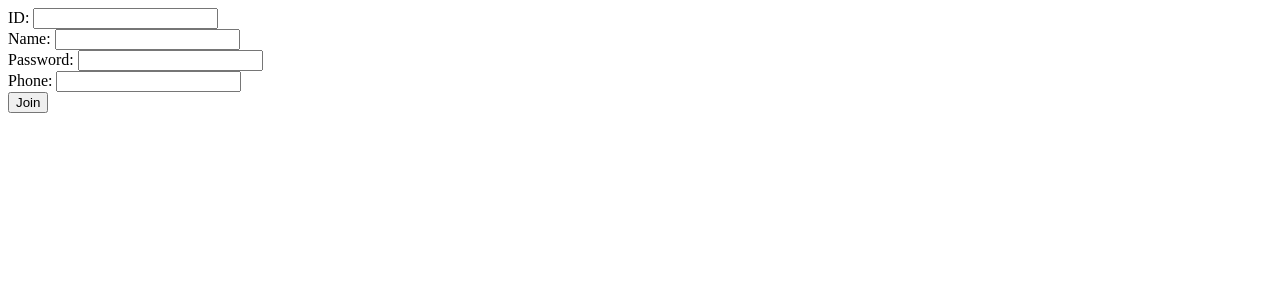
Repository: i-kemen/jsp
Page: WebTest/src/main/webapp/join.html
An editor plug-in stored every save of this project. The page is shown before and after the next save, followed by the edit.
The browser window is 1280 px wide. The pictures show the whole page.

Above is the page before, as saved 2023-06-26 05:14:33.

After the next save:
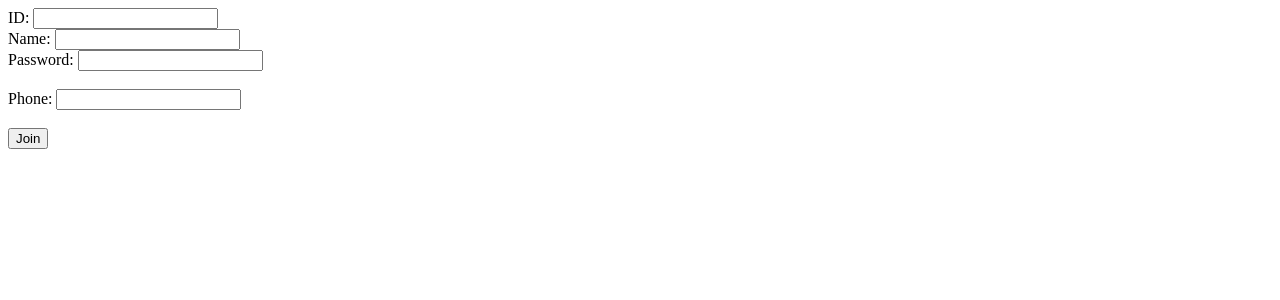
Saved 55 s later.
--- a/WebTest/src/main/webapp/join.html
+++ b/WebTest/src/main/webapp/join.html
@@ -11,13 +11,19 @@ function validateForm() {
   var phonePattern = /^010-\d{4}-\d{4}$/;
 
   if (!passwordPattern.test(password)) {
-    alert("비밀번호는 영문과 숫자를 혼합하여 최소 4글자 이상으로 입력해주세요.");
+    document.getElementById("passwordMessage").innerHTML = "비밀번호는 영문과 숫자를 혼합하여 최소 4글자 이상으로 입력해주세요.";
     return false;
+  }
+  else {
+    document.getElementById("passwordMessage").innerHTML = "";
   }
 
   if (!phonePattern.test(phone)) {
-    alert("전화번호를 010-0000-0000 형식으로 입력해주세요.");
+    document.getElementById("phoneMessage").innerHTML = "전화번호를 010-0000-0000 형식으로 입력해주세요.";
     return false;
+  }
+  else {
+    document.getElementById("phoneMessage").innerHTML = "";
   }
 
   return true;
@@ -32,8 +38,10 @@ function validateForm() {
         <input type="text" id="name" name="name" required><br/>
         <label for="password">Password:</label>
         <input type="password" id="password" name="password" required><br/>
+        <span id="passwordMessage" style="color: red;"></span><br/>
         <label for="phone">Phone:</label>
         <input type="text" id="phone" name="phone" required><br/>
+        <span id="phoneMessage" style="color: red;"></span><br/>
         <input type="submit" value="Join">
     </form>
 </body>
